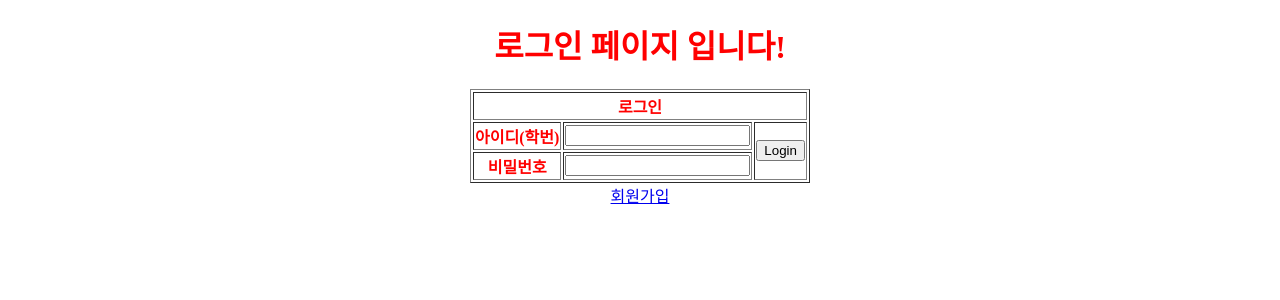
Repository: Park-In-Geun/Programming
Page: 웹프로그래밍 프로젝트/WebProject/WebContent/login.html
An editor plug-in stored every save of this project. The page is shown before and after the next save, followed by the edit.
The browser window is 1280 px wide. The pictures show the whole page.

Above is the page before, as saved 2018-06-14 14:01:11.

### 웹프로그래밍 프로젝트/WebProject/WebContent/login.html
<!DOCTYPE html>
<html>
<head>
<meta charset="EUC-KR">
<title>로그인 페이지</title>
</head>
<body>
<center>
<h1><font color=red>로그인 페이지 입니다!</h1>
<form method=post action=login.jsp>
<table border=collapse>
<tr>
	<td colspan="3" align="center"><strong>로그인</strong></td>
</tr>
<tr>
	<td align="center"><strong>아이디(학번)</strong>
	<td><input type=text name=id>
	<td rowspan="2"><input type=submit value=Login>
</tr>
<tr>
	<td align="center"><strong>비밀번호
	<td><input type=password name=password>
</tr>
</table>
</form>
<a href="join.html">회원가입</a>
</center>
</body>
</html>

After the next save:
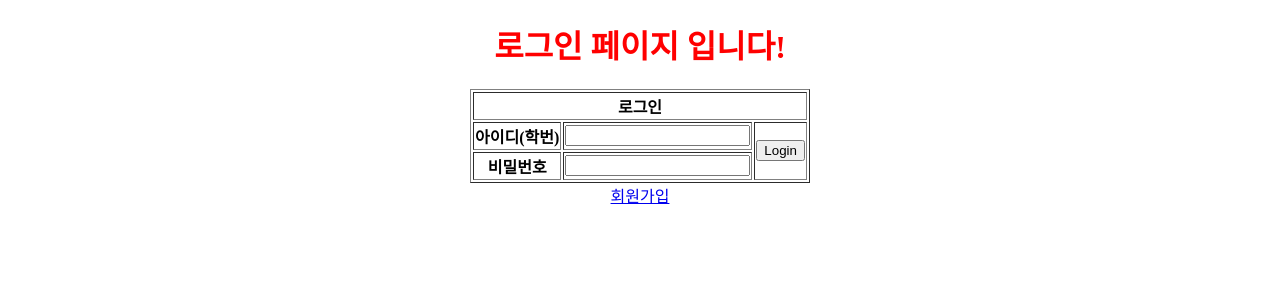
Saved 7 s later.
--- a/웹프로그래밍 프로젝트/WebProject/WebContent/login.html
+++ b/웹프로그래밍 프로젝트/WebProject/WebContent/login.html
@@ -6,7 +6,7 @@
 </head>
 <body>
 <center>
-<h1><font color=red>로그인 페이지 입니다!</h1>
+<h1><font color=red>로그인 페이지 입니다!</font></h1>
 <form method=post action=login.jsp>
 <table border=collapse>
 <tr>
